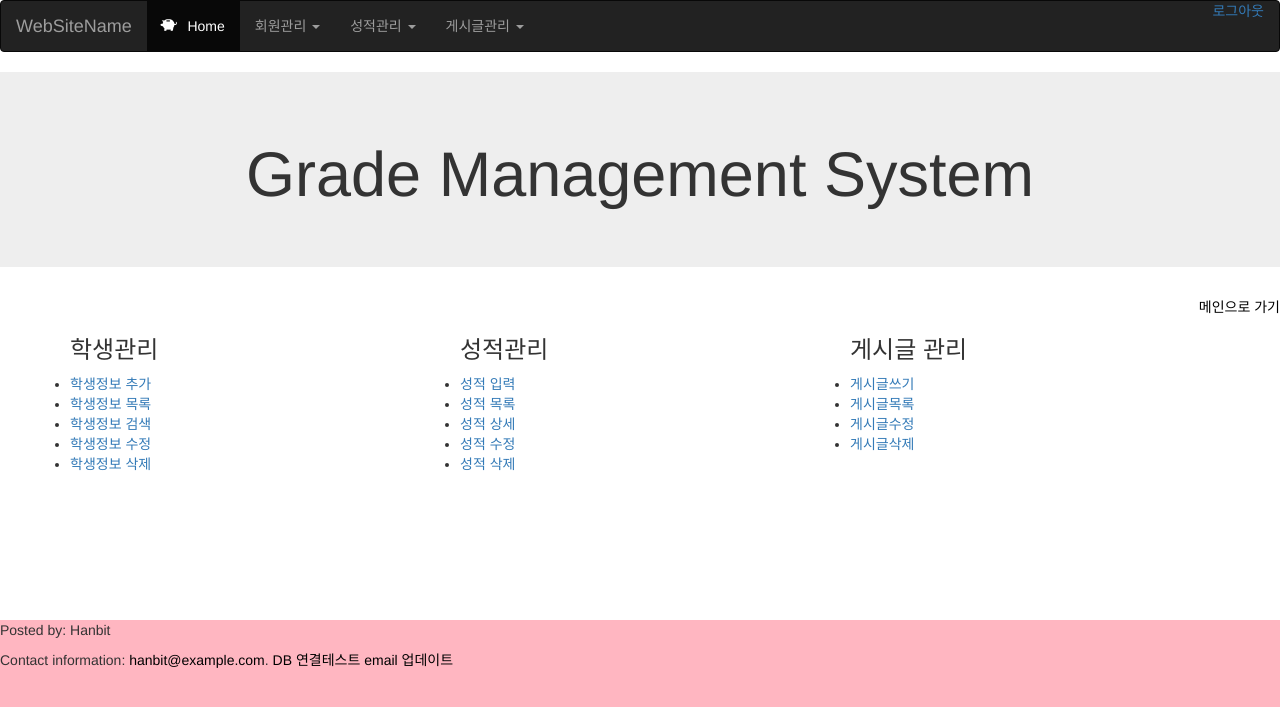
Repository: jeonghyunseok/GMSUI
Page: http://localhost/GMS2/WEB-INF/view/common/main.jsp
An editor plug-in stored every save of this project. The page is shown before and after the next save, followed by the edit.
The browser window is 1280 px wide. The pictures show the whole page.
Some web libraries are served in a nearby version. The page is served by Tomcat 9. Nobody is signed in. The template is opened directly, without the code that normally fills it, so the values that code supplies are empty.

Above is the page before, as saved 2017-08-16 02:47:16.
Console error: ReferenceError: vari is not defined

After the next save:
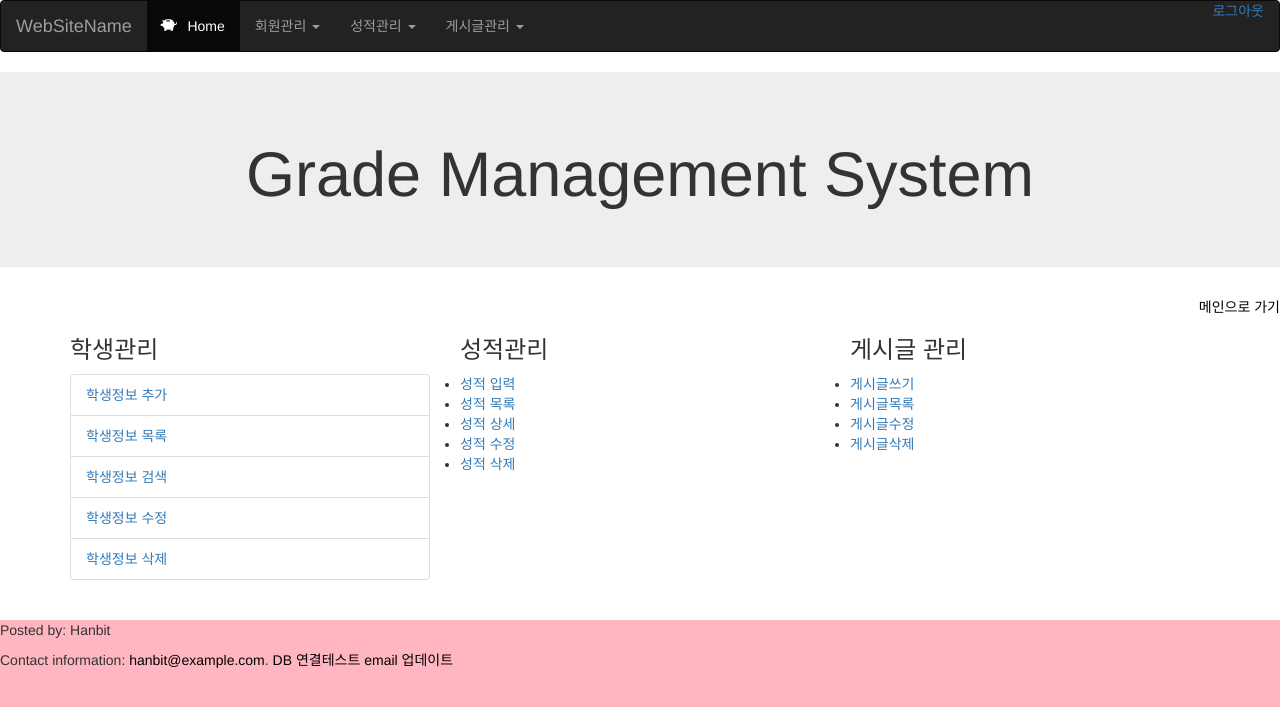
Console error: TypeError: Cannot read properties of undefined (reading 'setAttribute')
Saved 29 s later.
--- a/GMS2/WebContent/WEB-INF/view/common/main.jsp
+++ b/GMS2/WebContent/WEB-INF/view/common/main.jsp
@@ -45,7 +45,7 @@
  	var ul_stu=u1.children;
  	var ul_grade=u2.children;
  	var ul_board=u3.children;
- 	vari;
+
  	for(i=0;ul_stu.length;i++){
  		ul_stu[i].setAttribute("class","list-group-item");
  	}
